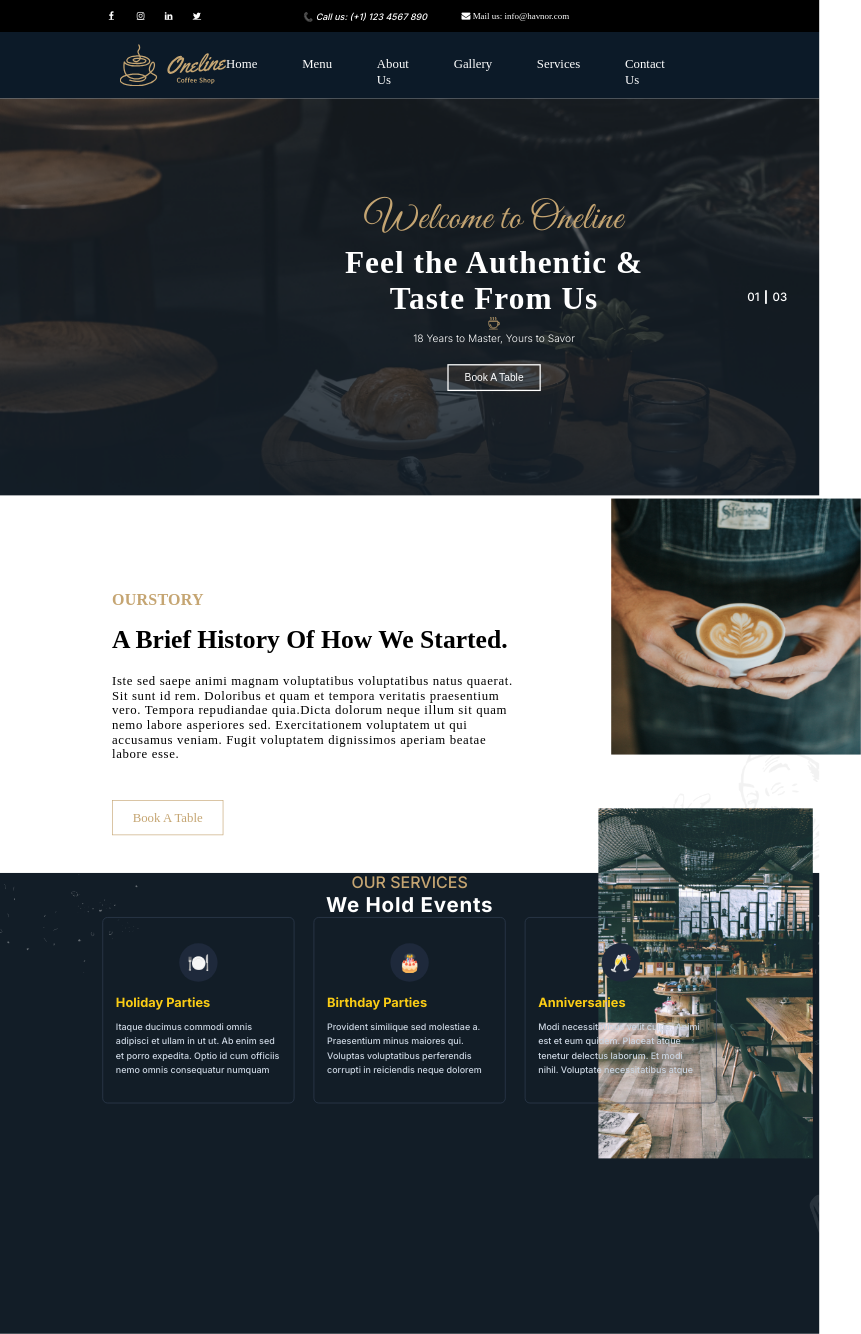
Repository: abhayzulasana/Online-Coffee-Shop
Page: index.html
An editor plug-in stored every save of this project. The page is shown before and after the next save, followed by the edit.
The browser window is 1280 px wide. The page is 1345 px wide, so the pictures cover 1345 px, including what lies to the right of the window. The pictures show the whole page, at 64% of full size.

Above is the page before, as saved 2025-05-21 17:09:33.

After the next save:
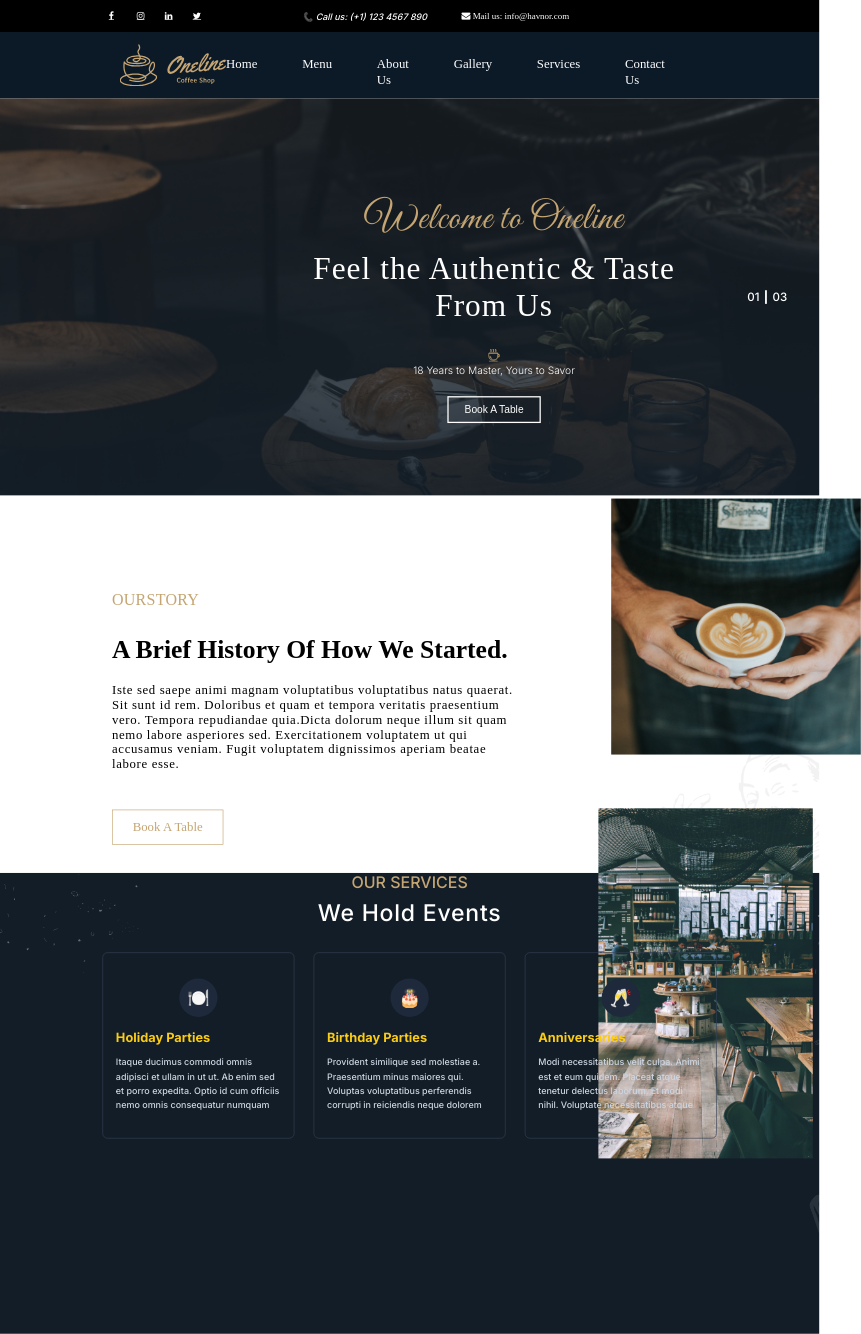
Saved 86 s later.
--- a/style.css
+++ b/style.css
@@ -291,6 +291,9 @@
   font-size: 25px;
 }
 h1{
+  font-size: 36px;
+  font-weight: 500;
+  margin: 10px 0 40px;
   letter-spacing: 1.2px;
 }
 

After the 2 saves that followed:
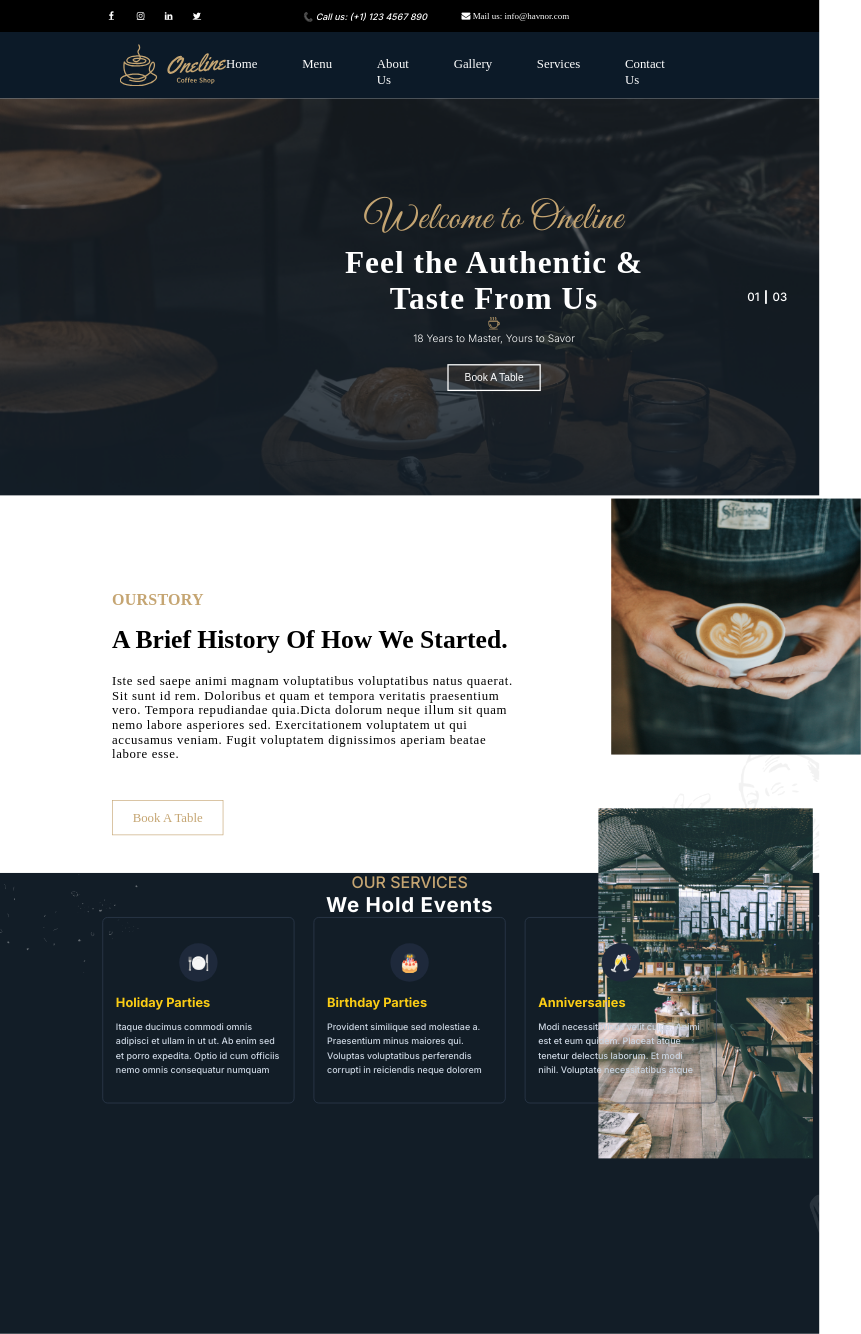
The 2 saves are shown as one change because they came seconds apart.
The last was saved 21 s later.
--- a/style.css
+++ b/style.css
@@ -291,9 +291,7 @@
   font-size: 25px;
 }
 h1{
-  font-size: 36px;
-  font-weight: 500;
-  margin: 10px 0 40px;
+
   letter-spacing: 1.2px;
 }
 
